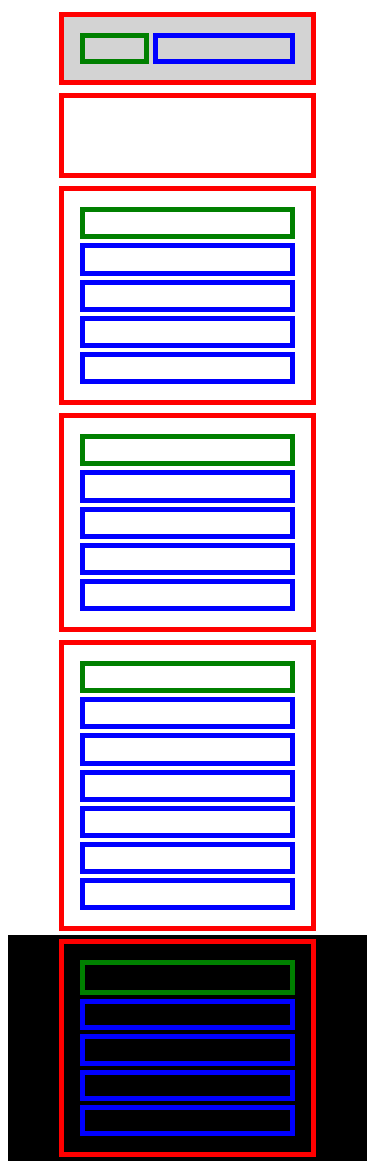
Repository: anderscederberg11/LAB2BG
Page: index.html
These files come from the project's save history. The page is drawn as it stood at one moment and after the next save; the edit follows.
The browser window is 375 px wide. The pictures show the whole page.

Above is the page before, as saved 2024-02-01 21:28:24.

After the next save:
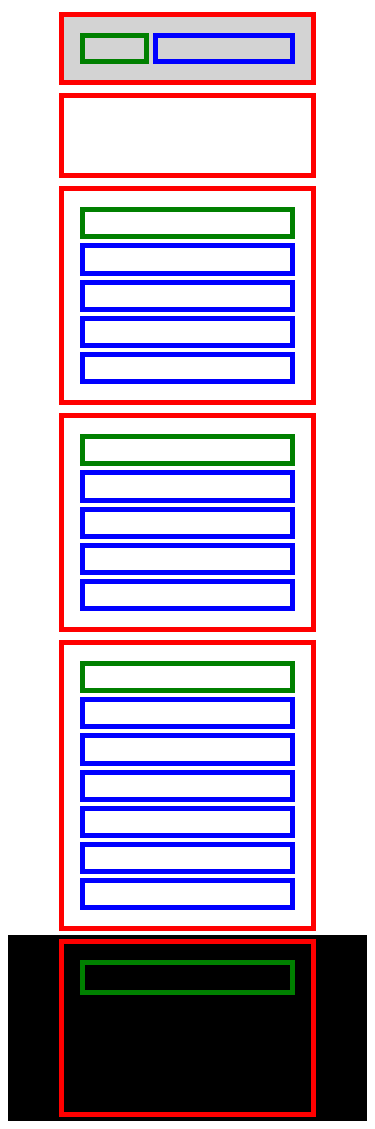
Saved 4 min 46 s later.
--- a/css/style.css
+++ b/css/style.css
@@ -93,7 +93,7 @@
 
 }
 
-.footerInfoCard{
+.footerInfoCard-1, .footerInfoCard-2, .footerInfoCard-3, .footerInfoCard-4{
   border: 5px solid blue;
 }
 
@@ -101,6 +101,9 @@
 @media screen and (max-width: 39.9375em) {
   .sectionOne, .sectionSix, .sectionSeven{
     display: none;
+  }
+  .footerInfoCard-2,  .footerInfoCard-4{
+    display:none;
   }
 }
 
